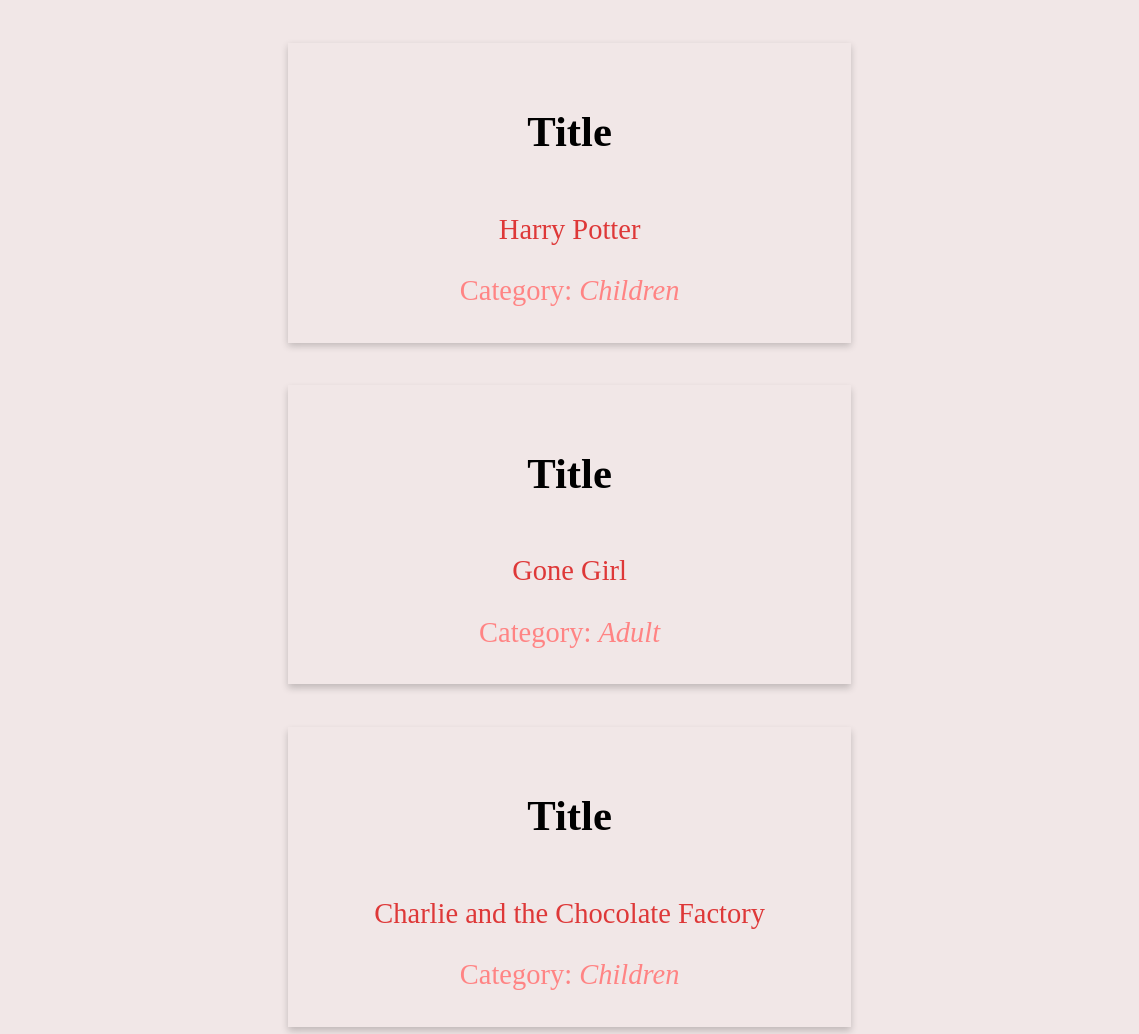
Repository: cyborgEneki/archangel-code-challenge
Page: index.html
The author's editor kept a copy of each file at every save. The page is drawn from the files as they stood at one save, then again after a run of saves.
The browser window is 1280 px wide. The pictures show the whole page, at 89% of full size.
The style sheet was rebuilt from its Sass, Less or Tailwind sources for each picture, by a compiler version that may differ from the author's.

Above is the page before, as saved 2020-11-05 14:21:11.

### index.html
<!DOCTYPE html>
<html lang="en">

<head>
    <link rel="stylesheet" href="assets/css/styles.css">
</head>

<body>
    <div id="main"></div>
    <script src="bower_components/handlebars/handlebars.min.js"></script>
    <script src="bower_components/jquery/dist/jquery.min.js"></script>
    <script type="text/x-handlebars-template" id="template-script">
            <div class="card">
                <div class="card__container">
                    <h4 class="card__heading"><b>Title</b></h4>
                    <p class="card__title-text">Harry Potter</p>
                    <p class="card__category-text">Category: <i>Children</i></p>
                </div>
            </div>
            <div class="card">
                <div class="card__container">
                    <h4 class="card__heading"><b>Title</b></h4>
                    <p class="card__title-text">Gone Girl</p>
                    <p class="card__category-text">Category: <i>Adult</i></p>
                </div>
            </div>
            <div class="card">
                <div class="card__container">
                    <h4 class="card__heading"><b>Title</b></h4>
                    <p class="card__title-text">Charlie and the Chocolate Factory</p>
                    <p class="card__category-text">Category: <i>Children</i></p>
                </div>
            </div>
    </script>
    <script src="assets/js/books.js"></script>
    <script src="assets/js/index.js"></script>
</body>
</html>


<!-- <p class="card__text">{{compareEquality a b real makeBelieve}}!</p> -->
<!-- books -->
<!-- If category is not children, don't show -->

### assets/js/index.js
$(function () {
    Handlebars.registerHelper("compareEquality", function (a, b, real, makeBelieve) {
        if (a == b) {
            return real;
        } else {
            return makeBelieve;
        };
    });
    let template = $('#template-script').html(),
        compiled = Handlebars.compile(template),
        rendered = compiled({
            a: 1,
            b: 1,
            real: 'an oblate spheroid',
            makeBelieve: 'flat'
        });
    $('#main').html(rendered);
});

### scss/styles.scss
$peach: #f1e7e7;

body {
    background-color: $peach;
}

.card {
    box-shadow: 0 4px 8px 0 rgba(0, 0, 0, 0.2);
    transition: 0.3s;
    width: 50%;
    margin: 0 auto;

    &__container {
        padding: 0.5rem 1rem;
        margin-top: 3rem;
    }

    &__heading {
        font-size: 3rem;
        text-align: center;
    }

    &__title-text {
        text-align: center;
        font-size: 2rem;
        color: #de3838;
        margin: 1rem auto;
    }

    &__category-text {
        text-align: center;
        font-size: 2rem;
        color: #ff8484;
    }
}

Loaded but not shown: bower_components/handlebars/handlebars.min.js (library); bower_components/jquery/dist/jquery.min.js (library); assets/js/books.js (no stored copy; drawn as an empty file)

After the next 6 saves:
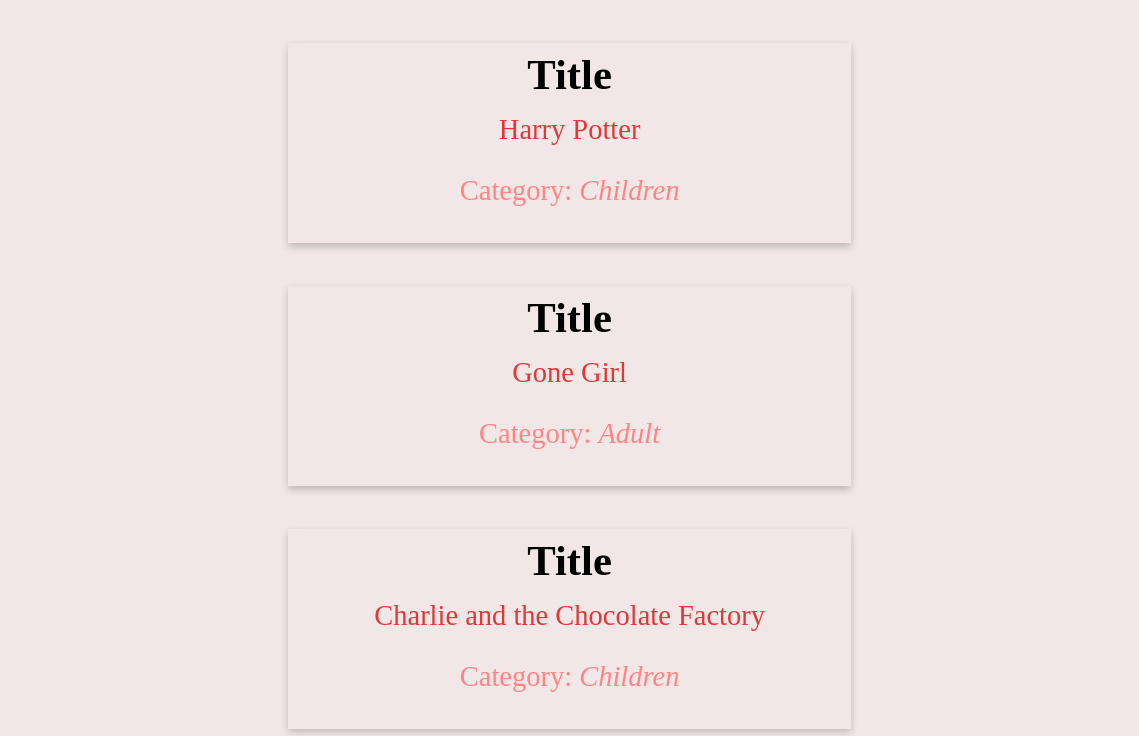
The 6 saves are shown as one change because they came seconds apart.
The last was saved 55 s later.
--- a/index.html
+++ b/index.html
@@ -12,21 +12,21 @@
     <script type="text/x-handlebars-template" id="template-script">
             <div class="card">
                 <div class="card__container">
-                    <h4 class="card__heading"><b>Title</b></h4>
+                    <div class="card__heading"><b>Title</b></div>
                     <p class="card__title-text">Harry Potter</p>
                     <p class="card__category-text">Category: <i>Children</i></p>
                 </div>
             </div>
             <div class="card">
                 <div class="card__container">
-                    <h4 class="card__heading"><b>Title</b></h4>
+                    <div class="card__heading"><b>Title</b></div>
                     <p class="card__title-text">Gone Girl</p>
                     <p class="card__category-text">Category: <i>Adult</i></p>
                 </div>
             </div>
             <div class="card">
                 <div class="card__container">
-                    <h4 class="card__heading"><b>Title</b></h4>
+                    <div class="card__heading"><b>Title</b></div>
                     <p class="card__title-text">Charlie and the Chocolate Factory</p>
                     <p class="card__category-text">Category: <i>Children</i></p>
                 </div>
